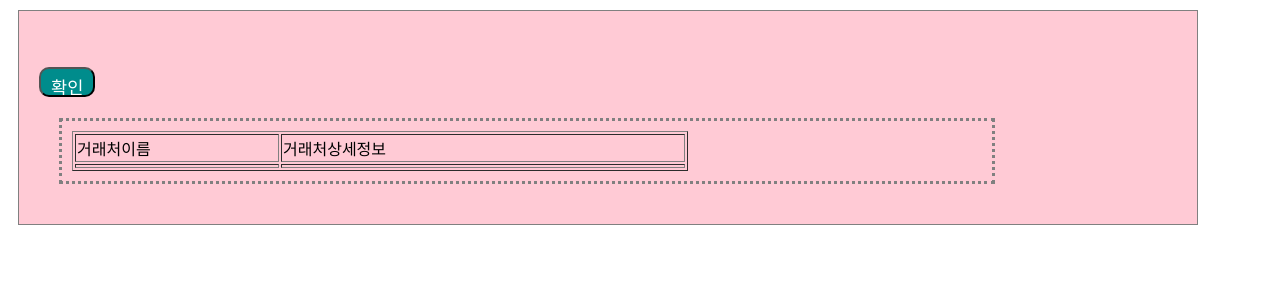
Repository: jeje0130/html
Page: jqpro/WebContent/0203_jqajax/buyer.html
An editor plug-in stored every save of this project. The page is shown before and after the next save, followed by the edit.
The browser window is 1280 px wide. The pictures show the whole page.

Above is the page before, as saved 2021-02-03 03:17:46.

After the next save:
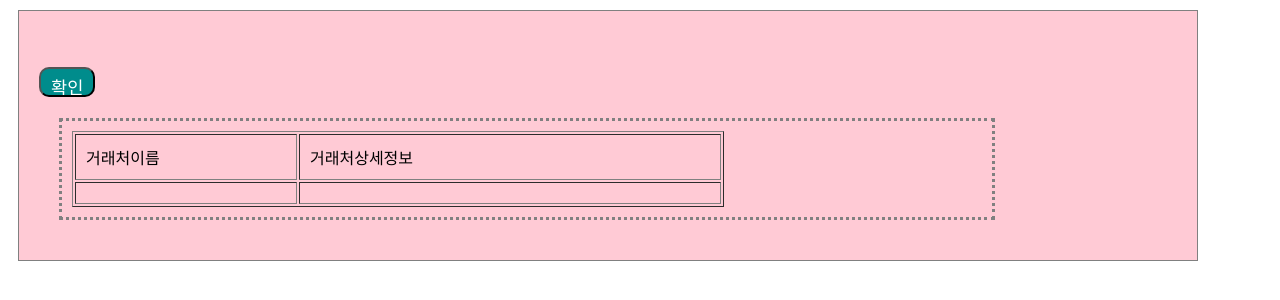
Saved 26 s later.
--- a/jqpro/WebContent/0203_jqajax/buyer.html
+++ b/jqpro/WebContent/0203_jqajax/buyer.html
@@ -7,6 +7,10 @@
 <script>
 </script>
 <style>
+td{
+	height: auto;
+	padding: 10px;
+}
 #names{
 	width: 200px;
 }
